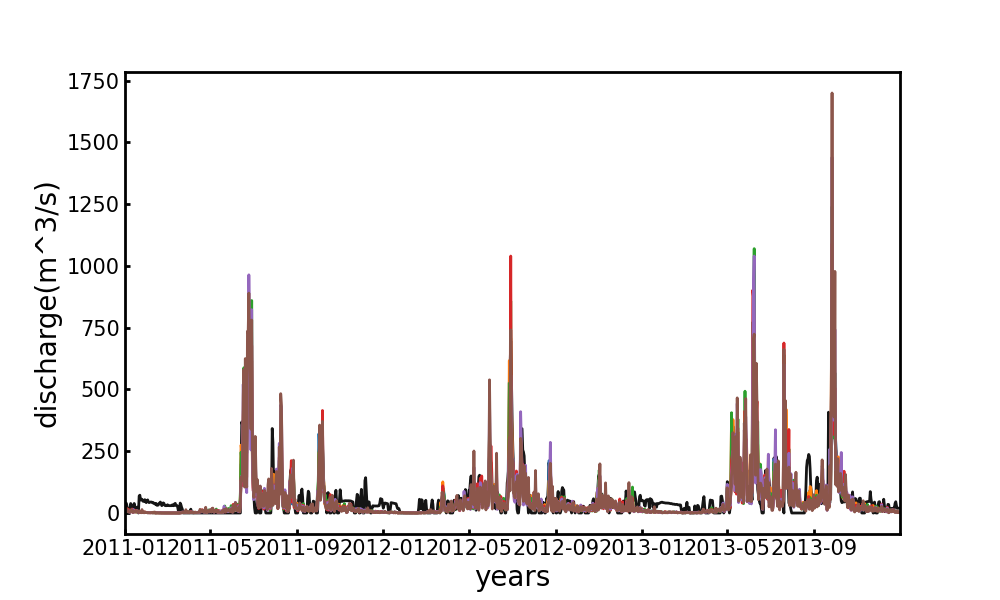
Repository: smasky/swatUtil
Script's output: python draw_jz.py
The author's editor kept a copy of each file at every save. The script's output is drawn from the files as they stood at one save, then again after a run of saves.
Random numbers start from a fixed seed.

Above is the script's output before, as saved 2024-05-19 15:36:10.

After the next 3 saves:
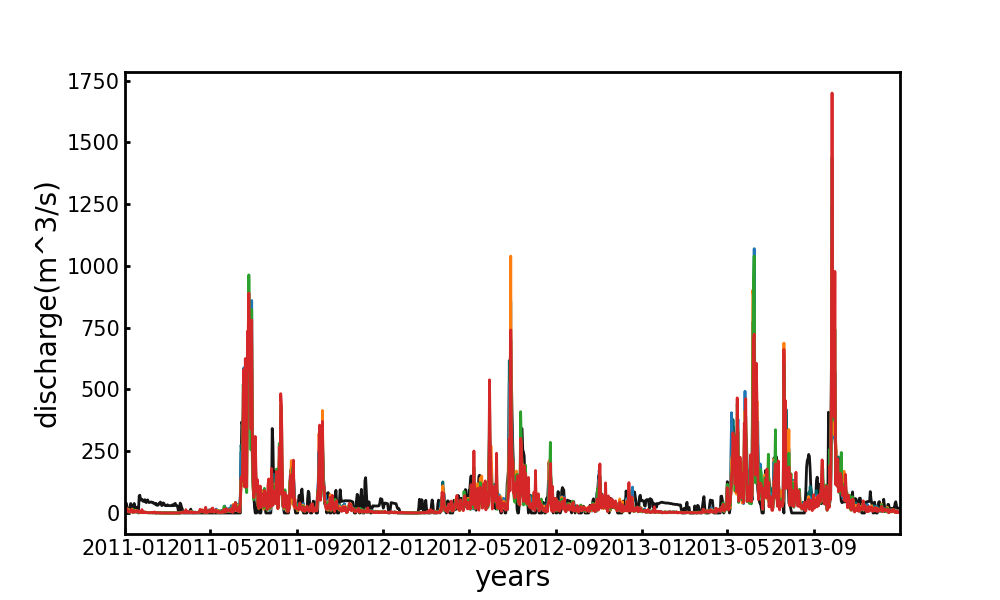
The 3 saves are shown as one change because 1 did not build or start and some came seconds apart.
The last was saved 89 s later.
--- a/draw_jz.py
+++ b/draw_jz.py
@@ -13,8 +13,8 @@ plt.figure(figsize=(10,6))
 
 # 修改线条颜色为蓝色，线条样式为虚线，线条宽度为2
 plt.plot(dates, data[:,0], color='#151515', linewidth=2)
-plt.plot(dates, data[:,1], linewidth=2)
-plt.plot(dates, data[:,2],  linewidth=2)
+plt.plot(dates, data[:,1], color='#FF7F3E',linewidth=2)
+plt.plot(dates, data[:,2],  color='#006769',linewidth=2)
 plt.plot(dates, data[:,3],  linewidth=2)
 plt.plot(dates, data[:,4], linewidth=2)
 plt.plot(dates, data[:,5],  linewidth=2)
